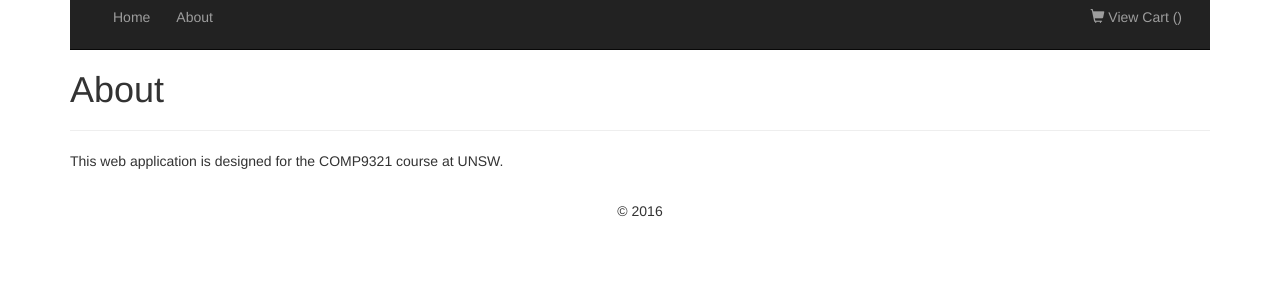
Repository: iancwwong/DigitalBibliographicalLibrary
Page: http://localhost/DigitalBibliographicLibrary/aboutpage.jsp
These files come from the project's save history. The page is drawn as it stood at one moment and after a run of saves; the edit follows.
The browser window is 1280 px wide. The pictures show the whole page.
The page is served by Tomcat 9.

Above is the page before, as saved 2016-08-28 01:28:31.

After the next 2 saves:
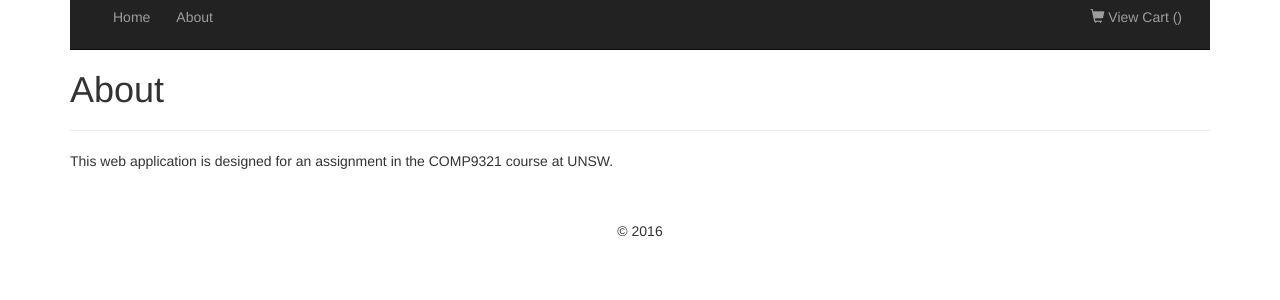
The 2 saves are shown as one change because they came seconds apart.
The last was saved 8 s later.
--- a/DigitalBibliographicLibrary/WebContent/aboutpage.jsp
+++ b/DigitalBibliographicLibrary/WebContent/aboutpage.jsp
@@ -30,7 +30,7 @@
 		<!-- Page Content -->
 		<h1>About</h1>
 		<hr/>
-		<p>This web application is designed for the COMP9321 course at UNSW.
+		<p>This web application is designed for an assignment in the COMP9321 course at UNSW.</p>
 
 		<!-- Footer -->
 		<%@ include file="include/footer.html"%>
